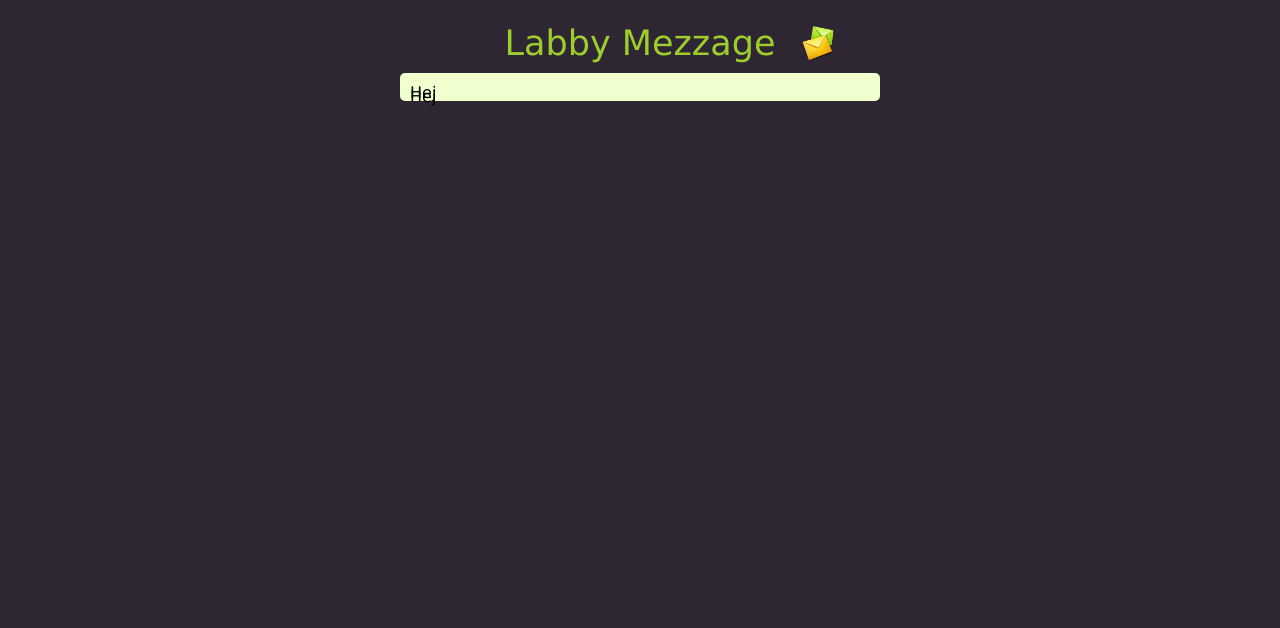
Repository: ad222kr/1dv403-laborationer
Page: 2-labbymezzage/index.html
The author's editor kept a record of every edit. The page is drawn from the files as they stood at one moment, then again after the next edit.
The browser window is 1280 px wide. The pictures show the whole page.

Above is the page before.

### 2-labbymezzage/index.html
<!DOCTYPE HTML>
<html lang="sv">
    <head>
        <meta charset="UTF-8" />
        <title>Laboration 2 - Labby Mezzage!</title>
        <link rel="stylesheet" href="css/style.css" />
        <script src="js/Message.js"></script>
        <script src="js/MessageBoard.js"></script>
        <script  src="js/run.js"></script>
    </head>

    <body>
        <div id ="container">
            <header><h1>Labby Mezzage</h1></header>
            <div id="content">
                  <div id="board1" class="messages"></div>
                  <div id="board2" class="messages"></div>
            </div>
        </div>

    </body>
</html>

### 2-labbymezzage/css/style.css
body{
    background-color: #2E2633; /* Ändra sen */
    font-family: Verdana, Helvetica;

}

h1{

    color:#9dce2c;
    font-size: 35px;
    font-weight: normal;
}
p{
    color: black;
}

header{
    background-image: url("pics/logo.png");
    background-size: 35px 35px;
    background-repeat: no-repeat;
    background-position: 90%;
    text-align: center;
    height: 40px;
    line-height: 40px;
    margin-bottom:10px;
}

#container{
    width: 480px;
    margin: 0px auto;
}

#content{
    background: #EFFFCD;
    border-color: #000000;
    padding: 10px;
    border-radius: 5px;
    -webkit-border-radius: 5px;
    -moz-border-radius: 5px;


}

#content textarea{
    width: 455px;
    height: 100px;
    -webkit-border-radius: 5px;
    -moz-border-radius: 5px;
    border-radius: 5px;
    margin-top:20px;
}

#button{
    border: 0px;
	background-color:#9dce2c;
	-webkit-border-top-left-radius:42px;
	-moz-border-radius-topleft:42px;
	border-top-left-radius:42px;
	-webkit-border-top-right-radius:42px;
	-moz-border-radius-topright:42px;
	border-top-right-radius:42px;
	-webkit-border-bottom-right-radius:42px;
	-moz-border-radius-bottomright:42px;
	border-bottom-right-radius:42px;
	-webkit-border-bottom-left-radius:42px;
	-moz-border-radius-bottomleft:42px;
	border-bottom-left-radius:42px;
	display:inline-block;
	color:#ffffff;
	font-size:22px;
	font-weight:normal;
	font-style:normal;
	height:35px;
	line-height:35px;
	width:100px;
	text-decoration:none;
	text-align:center;
	margin-left: 360px;
	margin-top: 5px;
}

#button:hover{
    background:-webkit-gradient( linear, left top, left bottom, color-stop(0.05, #8cb82b), color-stop(1, #9dce2c) );
	background:-moz-linear-gradient( center top, #8cb82b 5%, #9dce2c 100% );
	background-color:#8cb82b;
}

#button:active{
    position: relative;
    top: 1px;
}

#numberofmess{
    color: black;
    font-size: 11px;
    float: right;
    margin-bottom: -25px;
}

.messages{
    margin-bottom: -15px;
}

.message{

    margin-bottom: 5px;
    font-size: 12px;
    border: solid 1px;
    background: #cdeb8b;
    padding: 4px;
}

.delete{
    height: 20px;
    width: 20px;
}
.time{
    height: 20px;
    width: 20px;
}

.buttons{
    float: right;
    margin-left: 200px;
    margin: 0 0 1em 1em;

}

.msgtext{
    width: 400px;
    text-align: justify;
    margin-top:-1px;
    word-wrap: break-word;
    display: block;

}

.timestamp{
    margin-left:405px;
    margin-bottom:-2px;
    font-size:10px;
}

### 2-labbymezzage/js/Message.js
"use strict";
function Message(message, date){


    this.getText = function(){
        return message;
    };
    this.setText = function(_text){
        message = _text;
    };
    this.getDate = function(){
        return date;
    };
    this.setDate = function(_date){
        date = _date;
    };
}

Message.prototype.getDateText = function(){
    // Hittade på http://stackoverflow.com/a/3067896
    var date = this.getDate();
    var hour = date.getHours().toString();
    var minute = date.getMinutes().toString();
    var seconds = date.getSeconds().toString();

    var dateText = hour + ":" + minute +":" + (seconds.length == 2 ? seconds : "0" + seconds);

    return dateText;

};
Message.prototype.toString = function(){

    var monthNames = [ "Januari", "Februari", "Mars", "April", "Maj", "Juni",
    "Juli", "Augusti", "September", "Oktober", "November", "December" ];

    var date = this.getDate();
    console.log(date);
    var year = date.getFullYear().toString();
    var month = monthNames[date.getMonth()];
    var day = date.getDate().toString();
    var hour = date.getHours().toString();
    var minute = date.getMinutes().toString();
    var seconds = date.getSeconds().toString();

    var dateTest = "Inlägget skapades den " +day+" "+month+ " "+year+" klockan "+hour+":"+minute+":"+seconds;
    return dateTest;
};
Message.prototype.getHTMLtext = function(){
    var htmlText = this.getText();
    return htmlText.replace(/[\n\r]/g, "<br />");
};

### 2-labbymezzage/js/MessageBoard.js
"use strict";
function MessageBoard(boardID){

    var messages =  [];

    this.init = function(){
        var boardDiv = document.getElementById(boardID);
        boardDiv.innerHTML = "Hej";

    };

}

### 2-labbymezzage/js/run.js
"use strict";
window.onload = function(){
    var board1 = new MessageBoard("board1");
    var board2 =new MessageBoard("board2");

    board1.init();
    board2.init();

};

After the next edit:
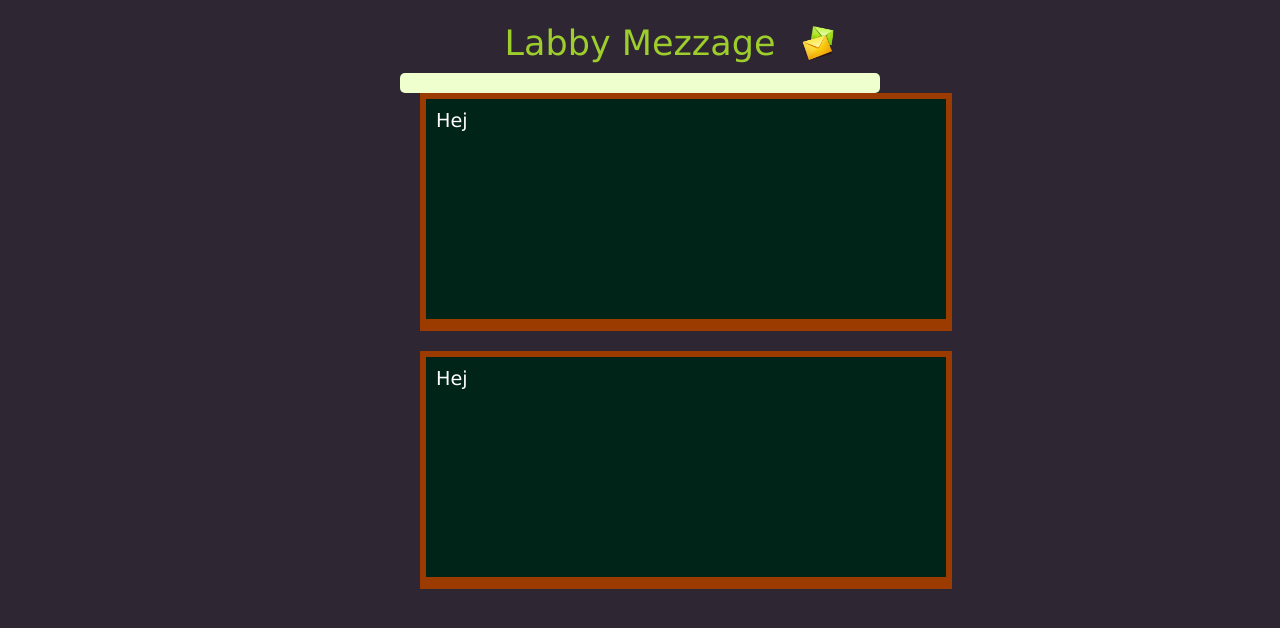
The edit:
--- a/2-labbymezzage/css/style.css
+++ b/2-labbymezzage/css/style.css
@@ -98,7 +98,17 @@
 }
 
 .messages{
-    margin-bottom: -15px;
+    background:#002418;
+	font-size: 1.2em;
+	color:white;
+	width:500px;
+	height:200px;
+	padding:10px;
+	border:6px solid #9b3b00;
+	border-bottom:12px solid #9b3b00;
+	overflow:hidden;
+	margin:10px;
+	float:left;
 }
 
 .message{
